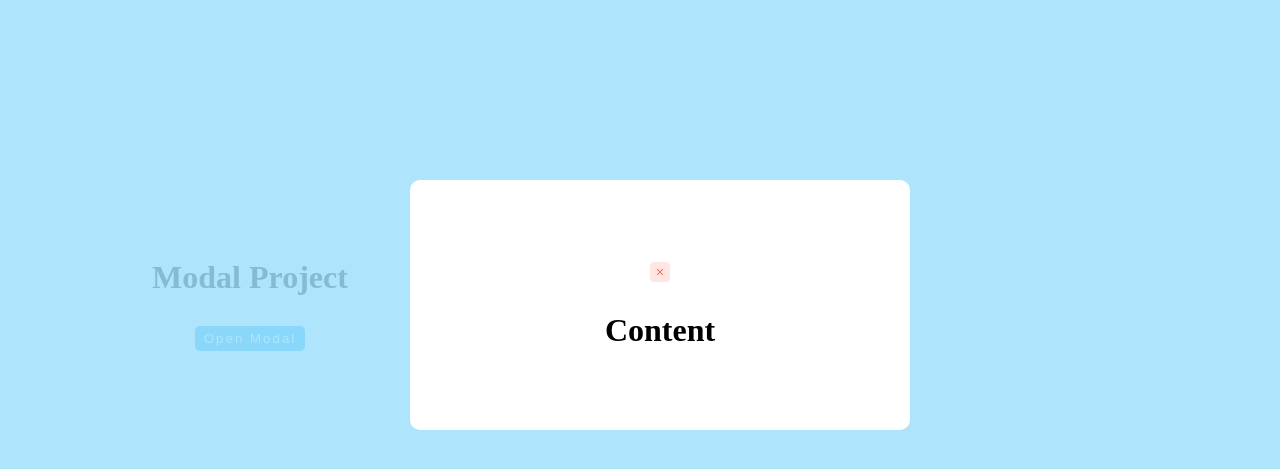
Repository: Trapti10/20-js-practice-projects-in-7-days-challenge
Page: Project_4_Modal_Project/index.html
An editor plug-in stored every save of this project. The page is shown before and after the next save, followed by the edit.
The browser window is 1280 px wide. The pictures show the whole page.

Above is the page before, as saved 2025-11-24 13:50:01.

After the next save:
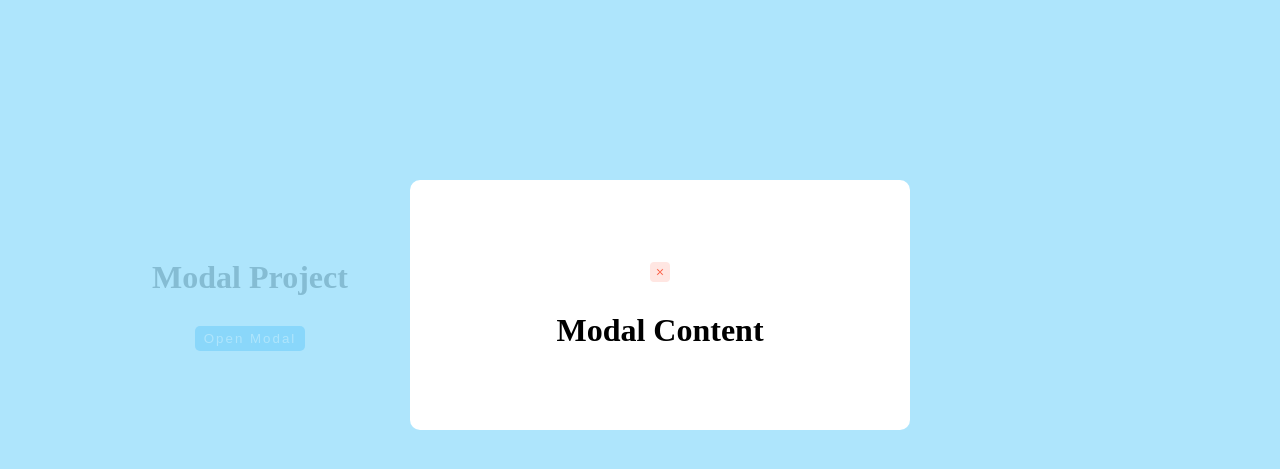
Saved 5 s later.
--- a/Project_4_Modal_Project/index.html
+++ b/Project_4_Modal_Project/index.html
@@ -23,7 +23,7 @@
         <div class="madal-container">
             <img src="assests/close.png" alt="">
             <div class="modalContent">
-                <h1> Content</h1>
+                <h1>Modal Content</h1>
             </div>
         </div>
        </div>
